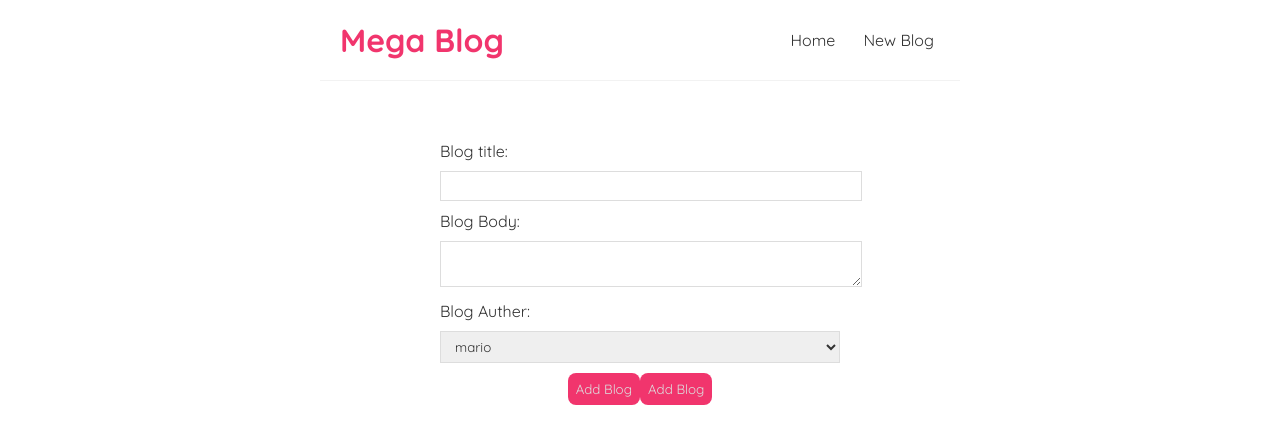
Repository: Amr-Hendawy/blog
Page: /create
These files come from the project's save history. The page is drawn as it stood at one moment and after the next save; the edit follows.
The browser window is 1280 px wide. The pictures show the whole page.
The project was rebuilt for these pictures with package versions that can differ from the ones it lists, and the page was loaded fresh each time. A package was used in the major version that the imports need, not the one package.json lists. Also part of the build but not shown: src/Components/BlogList/BlogList.js, src/Components/Home/Home.css, src/Components/useFetch/useFetch.js, src/Components/Home/Home.js, src/Components/BlogDetails/BlogDetails.js.

Above is the page before, as saved 2022-11-10 16:11:36.

### src/index.css
@import url("https://fonts.googleapis.com/css2?family=Quicksand:wght@300;400;500;600;700&display=swap");
/* base styles */
* {
  margin: 0;
  font-family: "Quicksand";
  color: #333;
}
.navbar {
  padding: 20px;
  display: flex;
  align-items: center;
  max-width: 600px;
  margin: 0 auto;
  border-bottom: 1px solid #f2f2f2;
}
.navbar h1 {
  color: #f1356d;
}
.navbar .links {
  margin-left: auto;
}
.navbar a {
  margin-left: 16px;
  text-decoration: none;
  padding: 6px;
}
.navbar a:hover {
  color: #f1356d;
}
.content {
  max-width: 600px;
  margin: 40px auto;
  padding: 20px;
}
/*blog previews / list*/

.blog-preview {
  padding: 10px 16px;
  margin: 20px 0;
  border-bottom: 1px solid rgba(0, 0, 0, 0.1);
}

.blog-preview:hover {
  box-shadow: 1px 3px 5px rgba(0, 0, 0, 0.1);
}
.blog-preview h2 {
  font-size: 20px;
  color: #f1356d;
  margin-bottom: 8px;
}
.blog-preview a {
  text-decoration: none;
}
.create {
  max-width: 400px;
  margin: 0 auto;
  text-align: center;
}

.create label {
  text-align: left;
  display: block;
}

.create h2 {
  font-size: 20px;
  color: #f1356d;
  margin-bottom: 30px;
}
.create input,
.create textarea,
.create select {
  width: 100%;
  padding: 6px 10px;
  margin: 10px 0;
  border: 1px solid #ddd;
}
.create button {
  background-color: #f1356d;
  color: #ddd;
  border: 0;
  padding: 8px;
  border-radius: 8px;
  cursor: pointer;
}

### src/App.js
import Home from "./Components/Home/Home";
import { Navbar } from "./Components/Navbar/Navbar";
import { BrowserRouter as Router, Route, Switch } from "react-router-dom";
import Create from "./Components/Create/Create";
import BlogDetails from "./Components/BlogDetails/BlogDetails";
function App() {
  return (
    <Router>
      <div className="App">
        <Navbar />
        <div className="content">
          <Switch>
            <Route exact path="/">
              <Home />
            </Route>
            <Route path="/create">
              <Create />
            </Route>
            <Route path="/blogs/:id">
              <BlogDetails />
            </Route>
          </Switch>
        </div>
      </div>
    </Router>
  );
}

export default App;

### src/Components/Navbar/Navbar.js
import React from "react";
import { Link } from "react-router-dom";
export const Navbar = () => {
  return (
    <div className="navbar">
      <h1>Mega Blog</h1>
      <div className="links">
        <Link to="/">Home</Link>
        <Link to="/create">New Blog</Link>
      </div>
    </div>
  );
};

### src/Components/Create/Create.js
import { useState } from "react";

const Create = () => {
  const [title, setTitle] = useState("");
  const [body, setBody] = useState("");
  const [author, setAuthor] = useState("mario");
  const [isPending, setIsPending] = useState(false);
  const handleSumbit = (e) => {
    e.preventDefault();
    const blog = { title, body, author };
    console.log(blog);
    setIsPending(true);

    fetch("https://localhost:8000/blogs", {
      method: "POST",
      headers: { "content-type": "application/json" },
      body: JSON.stringify(blog),
    }).then(() => {
      console.log("new Blog added");
      setIsPending(false);
    });
  };
  return (
    <div className="create">
      <form onSubmit={handleSumbit}>
        <label>Blog title:</label>
        <input
          type="text"
          required
          value={title}
          onChange={(e) => setTitle(e.target.value)}
        />
        {""}
        <label>Blog Body:</label>
        <textarea
          type="text"
          required
          value={body}
          onChange={(e) => setBody(e.target.value)}
        ></textarea>
        {""}
        <label>Blog Auther:</label>
        <select value={author} onChange={(e) => setAuthor(e.target.value)}>
          <option value="amr">amr</option>
          <option value="john">john</option>
          <option value="mario">mario</option>
        </select>
        {!isPending && <button>Add Blog</button>}
        {<button>Add Blog</button>}
      </form>
    </div>
  );
};

export default Create;

Loaded but not shown: src/index.js (common file)

After the next save:
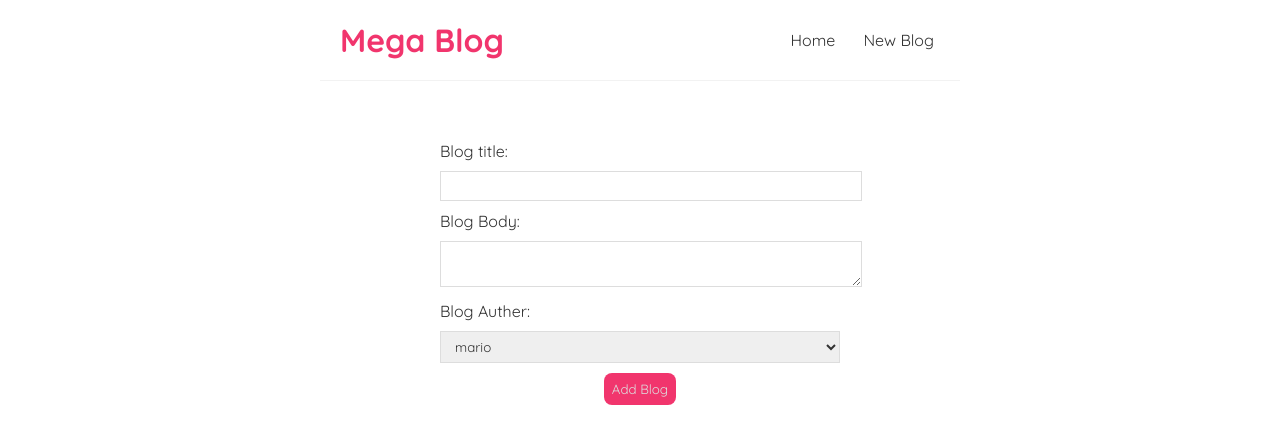
Saved 19 s later.
--- a/src/Components/Create/Create.js
+++ b/src/Components/Create/Create.js
@@ -46,7 +46,7 @@ const Create = () => {
           <option value="mario">mario</option>
         </select>
         {!isPending && <button>Add Blog</button>}
-        {<button>Add Blog</button>}
+        {!setIsPending && <button>Adding ...</button>}
       </form>
     </div>
   );
